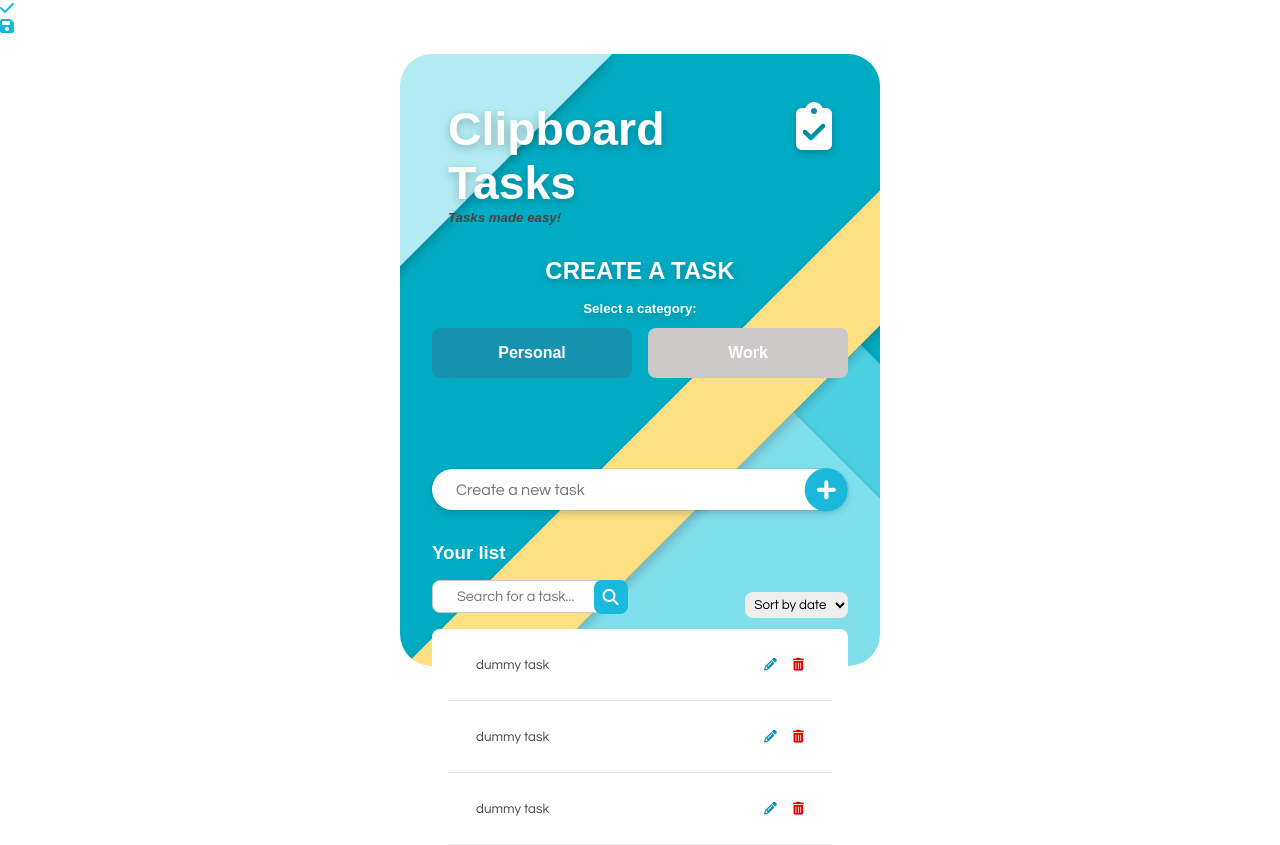
Repository: WesleyErasmus/Todo-App
Page: todoApp.html
The author's editor kept a copy of each file at every save. The page is drawn from the files as they stood at one save, then again after the next save.
The browser window is 1280 px wide. The pictures show the whole page.
Some web fonts or font styles are not loaded; a fallback is used. Some web libraries are served in a nearby version.

Above is the page before, as saved 2022-06-12 17:32:52.

After the next save:
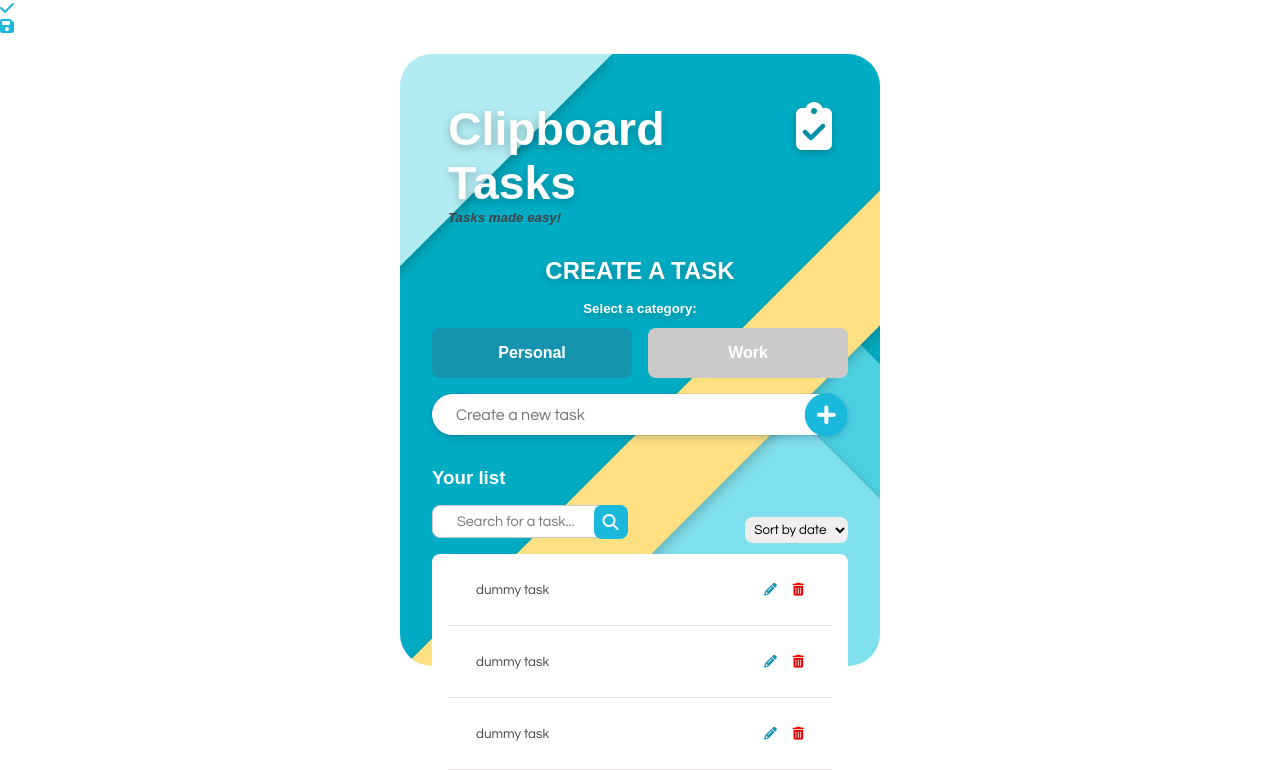
Saved 5 min 38 s later.
--- a/source/css/todoApp.css
+++ b/source/css/todoApp.css
@@ -148,7 +148,6 @@ label {
 }
 
 #create-task {
-    margin-top: 75px;
     font-family: 'Questrial', sans-serif;
 	display: block;
 	width: 100%;
